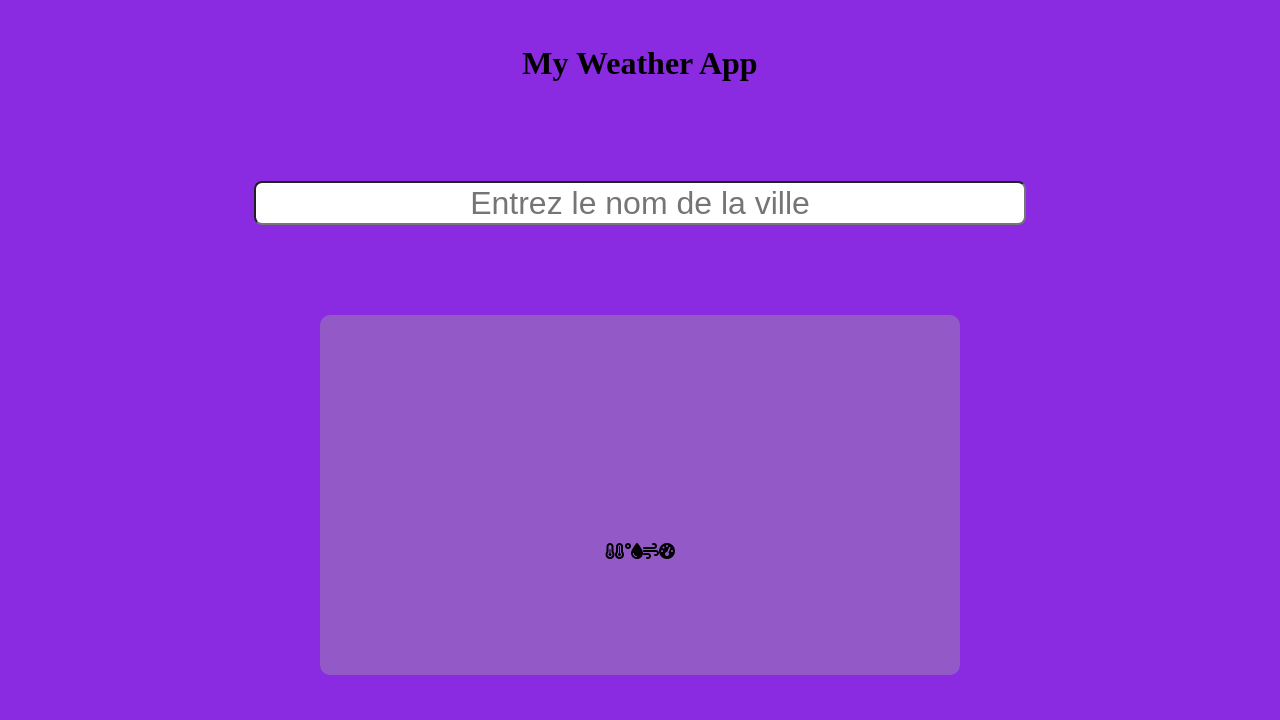
Repository: JeffnyAugustin/MyWeatherApp
Page: index.html
These files come from the project's save history. The page is drawn as it stood at one moment and after a run of saves; the edit follows.
The browser window is 1280 px wide. The pictures show the whole page.

Above is the page before, as saved 2023-11-14 18:02:37.

### index.html
<!DOCTYPE html>
<html lang="fr">

<head>
    <meta charset="UTF-8">
    <meta http-equiv="X-UA-Compatible" content="IE=edge">
    <meta name="viewport" content="width=device-width, initial-scale=1.0">
    <link rel="stylesheet" href="https://cdnjs.cloudflare.com/ajax/libs/font-awesome/6.4.0/css/all.min.css"
        integrity="sha512-iecdLmaskl7CVkqkXNQ/ZH/XLlvWZOJyj7Yy7tcenmpD1ypASozpmT/E0iPtmFIB46ZmdtAc9eNBvH0H/ZpiBw=="
        crossorigin="anonymous" referrerpolicy="no-referrer" />

    <link rel="stylesheet" href="/css/style.css">
    <title>My Weather App</title>
</head>

<body>

    <div id="container">
        <h1>My Weather App</h1>
    </div>

    <script src="/js/script.js"></script>
</body>

</html>

### css/style.css
* {
    padding : 0;
    margin: 0;
}

body {
display: flex;
justify-content: center;
}

#container {
    background-color: blueviolet;
    height: 100vh;
    width: 100vw;
    display: flex;
    flex-direction: column;
    align-items: center;
    justify-content: space-around;

}

#searchBox {
    text-align: center;
    width: 60%;
    height: 40px;
    border-radius: 8px;
    margin-top: 10px;
    font-size: 2rem;
}


#allTogether {
    width: 50VW;
    height: 50VH;
    display: flex;
    flex-direction: column;
    justify-content: space-evenly;
    align-items: center;
    background-color: rgb(158 158 158 / 40%);
    border-radius: 10px;
}

div#meteoElement {
    display: flex;
    flex-direction: row;
    justify-content: space-around;
    flex-wrap: wrap;
}

div#cityElement {
    display: flex;
    flex-direction: row;
    gap: 10px;
}

p {
    font-size: 2rem;
    color: white;
}

p.cityName {
    text-align: center;
}


h1 {

}

### js/script.js
// Clé D'api
const API_KEY = "b476218e49ef0d0755a713e9ba77f79a";
// Lien vers L'api finissant par une recherche
const API_URL = `https://api.openweathermap.org/data/2.5/forecast?appid=${API_KEY}&units=metric&lang=fr&q=`;


const divContain = document.getElementById("container");
divContain.id = "container";

// Création barre de recherche
const inputSearch = document.createElement("input");
inputSearch.id = "searchBox";
inputSearch.type = "text";
inputSearch.placeholder = "Entrez le nom de la ville"; // Ajout du placeholder

// Création de div
const newDiv = document.createElement("div");
newDiv.id = "allTogether";

const infoCityDiv = document.createElement("div");
infoCityDiv.id = "cityDescription";


// Création de div oiuyr stocker img + description
const cityImgDiv = document.createElement("div");
cityImgDiv.id = "cityElement";

// Création de div pour afficher les informations météorologiques
const weather = document.createElement("div");
weather.id = "meteoElement";

// Création balise paragraphe pour collecter le nom de la ville
const cityName = document.createElement("p");
cityName.className = "cityName";

// Création de div pour afficher la température
const temperatureDiv = document.createElement("div");
temperatureDiv.className = "temperature-container";

// Création balise paragraphe
const temperature = document.createElement("p");
temperature.className = "temps";

// Création de div pour afficher le temps ressenti
const feelsLikeDiv = document.createElement("div");
feelsLikeDiv.className = "feels-like-container";

// Création balise paragraphe pour la sensation thermique
const feelsLike = document.createElement("p");
feelsLike.className = "feels-like";

// Création de div pour afficher l'humidité
const humidityDiv = document.createElement("div");
humidityDiv.className = "humidity-container";

// Création de balise paragraphe pour l'humidité
const humidity = document.createElement("p");
humidity.className = "humidity";

// Création de div pour afficher le vent
const windDiv = document.createElement("div");
windDiv.className = "wind-container";

// Création de balise wind
const DataWind = document.createElement("p");
DataWind.className = "wind";



// Création de div pour l'humidité
const pressureDiv = document.createElement("div");
pressureDiv.className = "pressure-container";

// Création de balise paragraphe pour la pression atmosphérique
const pressure = document.createElement("p");
pressure.className = "pressure";

// Création de div pour afficher la description
const descriptionDiv = document.createElement("div");
descriptionDiv.className = "description-container";

// Création de balise paragraphe pour la description
const description = document.createElement("p");
description.className = "description";



// Création balise image
const image = document.createElement("img");

// Création balise icône pour la température
const temperatureIcon = document.createElement("i");
temperatureIcon.className = "fas fa-thermometer-half";

// Création balise icône pour la sensation thermique
const feelsLikeIcon = document.createElement("i");
feelsLikeIcon.className = "fas fa-temperature-high";

// Création balise icône pour l'humidité
const humidityIcon = document.createElement("i");
humidityIcon.className = "fas fa-tint";

// Création balise icône pour le vent
const windIcon = document.createElement("i");
windIcon.className = "fas fa-wind";

// Création balise icône pour la pression
const pressureIcon = document.createElement("i");
pressureIcon.className = "fas fa-tachometer-alt";



temperatureDiv.append(temperatureIcon, temperature); // ajout de l'icône

feelsLikeDiv.append(feelsLikeIcon, feelsLike); // ajout de l'icône

humidityDiv.append(humidityIcon, humidity); // ajout de l'icône

windDiv.append(windIcon, DataWind); // ajout de l'icône

pressureDiv.append(pressureIcon, pressure)

descriptionDiv.appendChild( description); // ajout de l'icône




// Function to format the date and time
function formatDateTime() {
    const currentDate = new Date();
    const options = { weekday: 'long', year: 'numeric', month: 'long', day: 'numeric', hour: 'numeric', minute: 'numeric', second: 'numeric'};
    return currentDate.toLocaleDateString('fr-FR', options);
}

// Create a div to display the date and time
    const dateTimeDiv = document.createElement("div");
    dateTimeDiv.id = "dateTime";
    infoCityDiv.appendChild(dateTimeDiv);

function checkWeather(city) {
    fetch(API_URL + city)
        .then(res => {
            if (!res.ok) {
                throw new Error("La ville n'a pas été trouvée");
            }
            return res.json();
        })
        .then(data => {
            cityName.textContent = data.city.name;
            image.src = `http://openweathermap.org/img/w/${data.list[0].weather[0].icon}.png`;

            description.textContent = data.list[0].weather[0].description;
            temperature.innerHTML = ` Température :  ${Math.round(data.list[0].main.temp)}°C `;
            feelsLike.textContent = "Temps Ressenti : " + Math.round(data.list[0].main.feels_like) + "°C";
            humidity.textContent = "humidityIcon : " + data.list[0].main.humidity + "%";
            DataWind.textContent = "Vitesse du vent : " + Math.floor(data.list[0].wind.speed) + " Km/h";
            pressure.textContent = "Pression : " + data.list[0].main.pressure + " hPa";

               // Display the date and time
               dateTimeDiv.textContent = "Date du jour : " + formatDateTime();

        })
        .catch(error => {
            console.error("Erreur de requête :", error.message);
            // Ajoutez ici un traitement pour informer l'utilisateur de l'erreur
        });
}

inputSearch.addEventListener("change", () => {
    checkWeather(inputSearch.value);
});


weather.append(temperatureDiv, feelsLikeDiv, humidityDiv, windDiv, pressureDiv); // ajout des éléments Weather
newDiv.append(infoCityDiv, weather); // ajout du conteneur Weather à newDiv
infoCityDiv.append(cityName, cityImgDiv)
cityImgDiv.append(image, descriptionDiv)
divContain.append(inputSearch, newDiv); // ajout de tous les éléments à divContain
document.body.appendChild(divContain);



// Mise à jour des informations météorologiques toutes les 5 minutes
setInterval(function () {
    // Ici, mettre à jour les informations de la météo à l'aide de l'API ou d'autres sources
    // Vous pouvez appeler la fonction checkWeather avec la dernière ville recherchée
    checkWeather(inputSearch.value);
}, 5 * 60 * 1000);

After the next 2 saves:
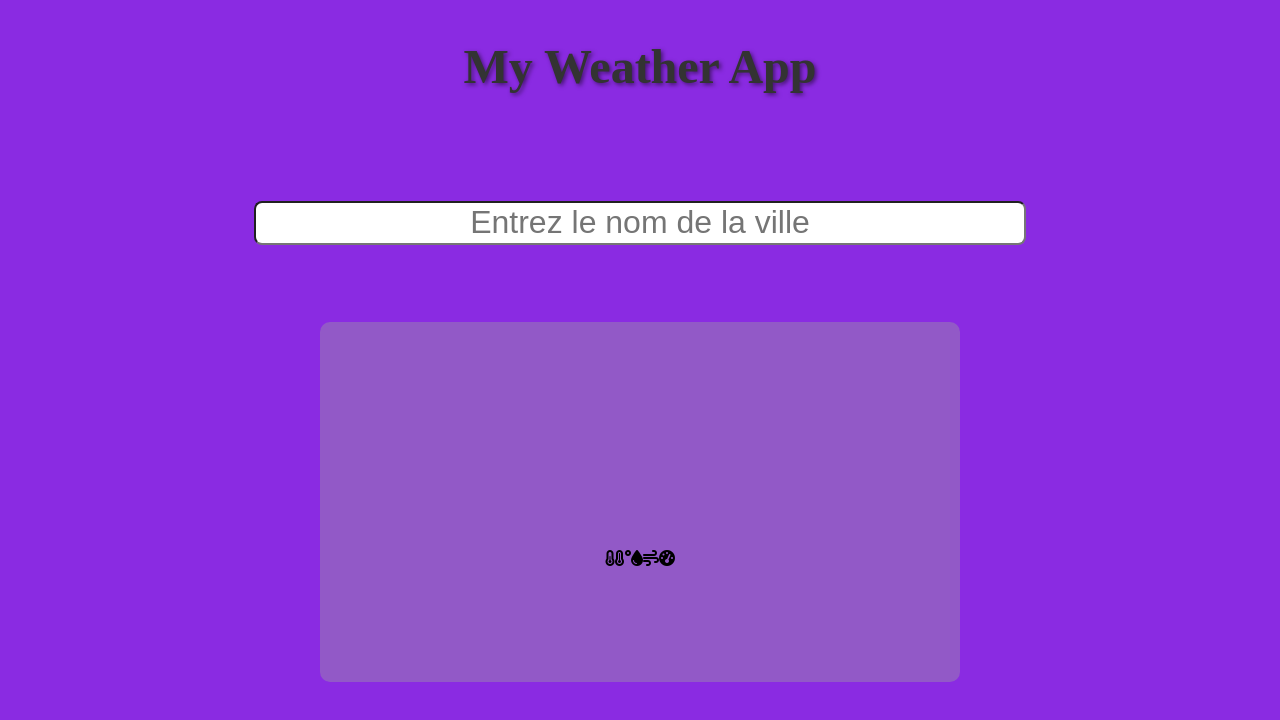
The 2 saves are shown as one change because they came seconds apart.
The last was saved 19 s later.
--- a/css/style.css
+++ b/css/style.css
@@ -64,5 +64,11 @@ p.cityName {
 
 
 h1 {
+    font-size: 3em; /* Adjust the font size as needed */
+            text-align: center;
+            color: #333; /* Set your desired text color */
+            text-transform: capitalize;
+            margin-bottom: 20px;
+            text-shadow: 2px 2px 4px rgba(0, 0, 0, 0.5); /* Add a subtle text shadow for a 3D effect */
 
 }
